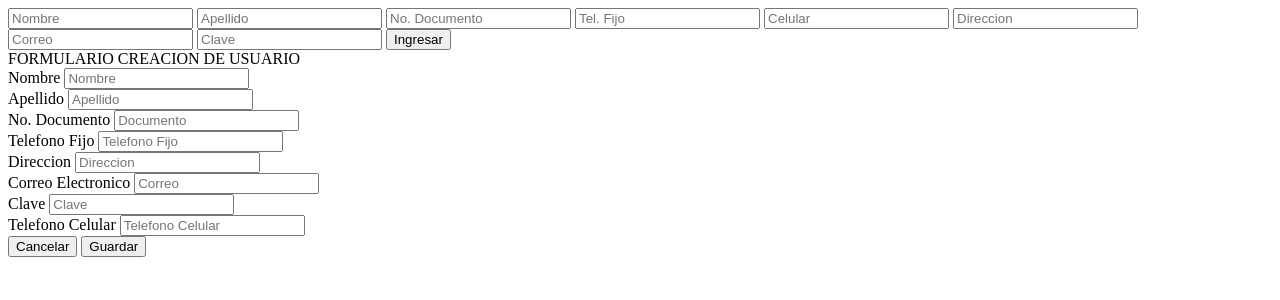
Repository: DA5CH25/kohaku_php
Page: http://localhost/kohaku_php/views/modules/ingresar.php
An editor plug-in stored every save of this project. The page is shown before and after the next save, followed by the edit.
The browser window is 1280 px wide. The pictures show the whole page.
The page is run by PHP 8.4 with error messages shown; the project is at /var/www/html/.

Above is the page before, as saved 2021-05-16 19:43:05.

### views/modules/ingresar.php
<!DOCTYPE html>
<html lang="en">
<head>
	<meta charset="UTF-8" />
	<title>Roles</title>
</head>
<body>



		<input name="nombre" placeholder="Nombre" />
		<input name="apellido" placeholder="Apellido" />
		<input name="numero_identificacion" placeholder="No. Documento" />
		<input name="telefono_fijo" placeholder="Tel. Fijo" />
		<input name="telefono_movil" placeholder="Celular" />
		<input name="direccion" placeholder="Direccion" />
		<input name="correo_electronico" placeholder="Correo" />
		<input name="clave" placeholder="Clave" />
		<input type="submit" value="Ingresar" />

	<div class="col-xl-9 col-lg-9 col-md-12 col-sm-12 col-12">
							<div class="card h-100">
								<div class="card-header">
									<div class="card-title">FORMULARIO CREACION DE USUARIO</div>
								</div>
								<div class="card-body">
									<div class="row gutters">
										<div class="col-xl-6 col-lg-6 col-md-6 col-sm-6 col-12">
											<form action="" method="POST">
											<div class="form-group">
												<label for="fullName">Nombre</label>
												<input type="text" class="form-control" id="fullName" placeholder="Nombre">
											</div>
											<div class="form-group">
												<label for="fullName">Apellido</label>
												<input type="text" class="form-control" id="fullName" placeholder="Apellido">
											</div>
											<div class="form-group">
												<label for="eMail">No. Documento</label>
												<input type="email" class="form-control" id="eMail" placeholder="Documento">
											</div>
											<div class="form-group">
												<label for="phone">Telefono Fijo</label>
												<input type="text" class="form-control" id="phone" placeholder="Telefono Fijo">
											</div>
										</div>
										<div class="col-xl-6 col-lg-6 col-md-6 col-sm-6 col-12">
											<div class="form-group">
												<label for="addRess">Direccion</label>
												<input type="text" class="form-control" id="addRess" placeholder="Direccion">
											</div>
											<div class="form-group">
												<label for="ciTy">Correo Electronico</label>
												<input type="name" class="form-control" id="ciTy" placeholder="Correo">
											</div>
											<div class="form-group">
												<label for="sTate">Clave</label>
												<input type="text" class="form-control" id="sTate" placeholder="Clave">
											</div>
											<div class="form-group">
												<label for="website">Telefono Celular</label>
												<input type="url" class="form-control" id="website" placeholder="Telefono Celular">
											</div>
											</div>
										<div class="col-xl-12 col-lg-12 col-md-12 col-sm-12 col-12">
											<div class="text-right">
												<button type="button" id="submit" name="submit" class="btn btn-white">Cancelar</button>
												<button type="button" id="submit" name="submit" class="btn btn-primary">Guardar</button>
											</div>
										</div>
										</form>
									</div>
								</div>
							</div>
						</div>
					</div>
					<!-- Row end -->
</body>
</html>

After the next save:
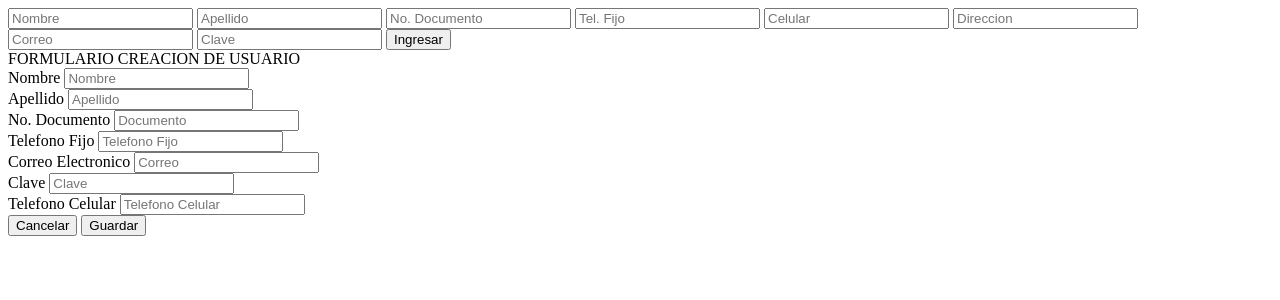
Saved 18 s later.
--- a/views/modules/ingresar.php
+++ b/views/modules/ingresar.php
@@ -45,10 +45,7 @@
 											</div>
 										</div>
 										<div class="col-xl-6 col-lg-6 col-md-6 col-sm-6 col-12">
-											<div class="form-group">
-												<label for="addRess">Direccion</label>
-												<input type="text" class="form-control" id="addRess" placeholder="Direccion">
-											</div>
+
 											<div class="form-group">
 												<label for="ciTy">Correo Electronico</label>
 												<input type="name" class="form-control" id="ciTy" placeholder="Correo">
